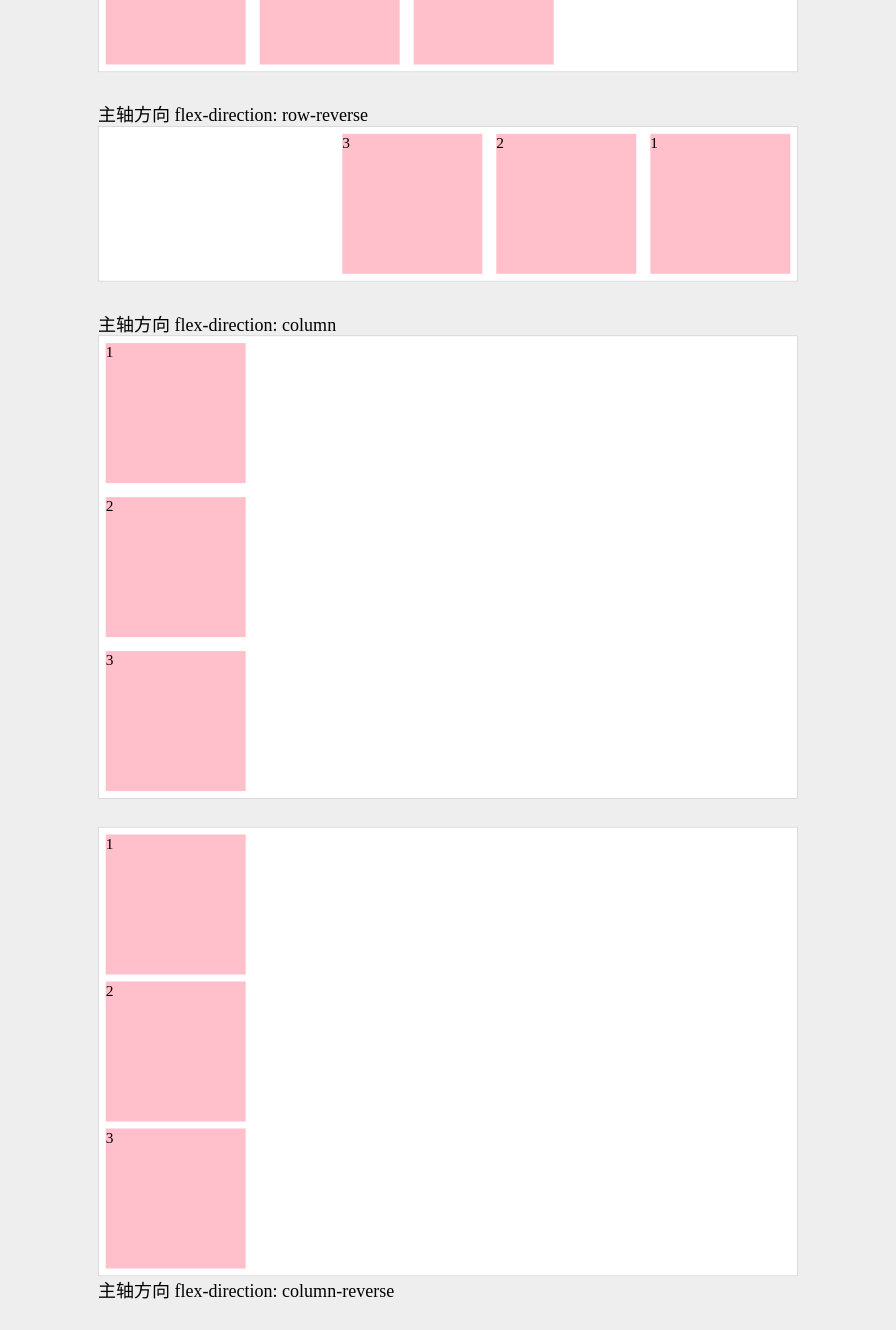
Repository: Germtao/Web
Page: web_css/css3_FLEX布局.html
The author's editor kept a copy of each file at every save. The page is drawn from the files as they stood at one save, then again after the next save.
The browser window is 1280 px wide. The pictures show the part of the page from y = 793 to 2713 px (the page is 2693 px tall before and 2713 px after), at 70% of full size.

Above is the page before, as saved 2020-11-04 11:16:28.

### web_css/css3_FLEX布局.html
<!DOCTYPE html>
<html lang="en">

<head>
  <meta charset="UTF-8">
  <meta name="viewport" content="width=device-width, initial-scale=1.0">
  <title>CSS3-FLEX布局</title>

  <style>
    * {
      margin: 0;
      padding: 0;
      list-style: none;
    }

    body {
      background-color: #eee;
      font-family: "Microsoft Yahei";
      font-size: 22px;
    }

    h3 {
      font-weight: normal;
    }

    section {
      width: 1000px;
      margin: 40px auto;
    }

    ul {
      background-color: #fff;
      border: 1px solid #ccc;
    }

    ul li {
      width: 200px;
      height: 200px;
      background-color: pink;
      margin: 10px;
    }

    section:nth-child(1) {
      /* 清除浮动 */
      overflow: hidden;
    }

    section:nth-child(1) ul li {
      float: left;
    }

    /* 设置伸缩盒子 */
    section:nth-child(2) ul {
      display: flex;
    }

    /* 主轴方向 flex-direction:row */
    section:nth-child(3) ul {
      display: flex;
      flex-direction: row;
    }

    /* 主轴方向 flex-direction: row-reverse */
    section:nth-child(4) ul {
      display: flex;
      /* 水平翻转 */
      flex-direction: row-reverse;
    }

    /* 主轴方向 flex-direction: column */
    section:nth-child(5) ul {
      display: flex;
      flex-direction: column;
    }

    /* 主轴方向 flex-direction: column-reverse */
    section:nth-child(6) {
      display: flex;
      /* 垂直翻转 */
      flex-direction: column-reverse;
    }
  </style>
</head>

<body>
  <section>
    <h3>传统布局</h3>
    <ul>
      <li>1</li>
      <li>2</li>
      <li>3</li>
    </ul>
  </section>

  <section>
    <h3>伸缩布局 display: flex</h3>
    <ul>
      <li>1</li>
      <li>2</li>
      <li>3</li>
    </ul>
  </section>

  <section>
    <h3>主轴方向 flex-direction: row</h3>
    <ul>
      <li>1</li>
      <li>2</li>
      <li>3</li>
    </ul>
  </section>

  <section>
    <h3>主轴方向 flex-direction: row-reverse</h3>
    <ul>
      <li>1</li>
      <li>2</li>
      <li>3</li>
    </ul>
  </section>

  <section>
    <h3>主轴方向 flex-direction: column</h3>
    <ul>
      <li>1</li>
      <li>2</li>
      <li>3</li>
    </ul>
  </section>

  <section>
    <h3>主轴方向 flex-direction: column-reverse</h3>
    <ul>
      <li>1</li>
      <li>2</li>
      <li>3</li>
    </ul>
  </section>
</body>

</html>

After the next save:
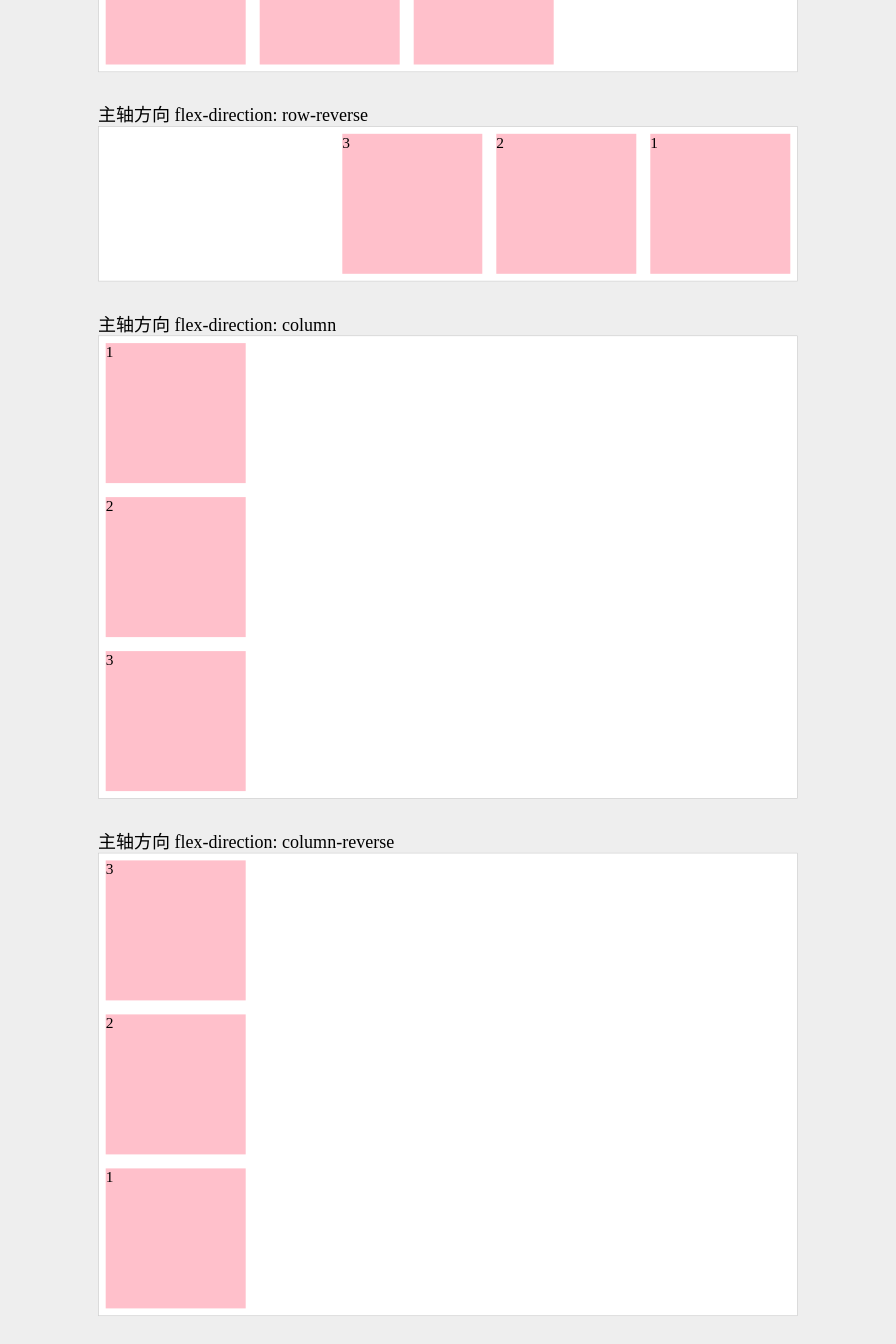
Saved 4 s later.
--- a/web_css/css3_FLEX布局.html
+++ b/web_css/css3_FLEX布局.html
@@ -74,7 +74,7 @@
     }
 
     /* 主轴方向 flex-direction: column-reverse */
-    section:nth-child(6) {
+    section:nth-child(6) ul {
       display: flex;
       /* 垂直翻转 */
       flex-direction: column-reverse;
